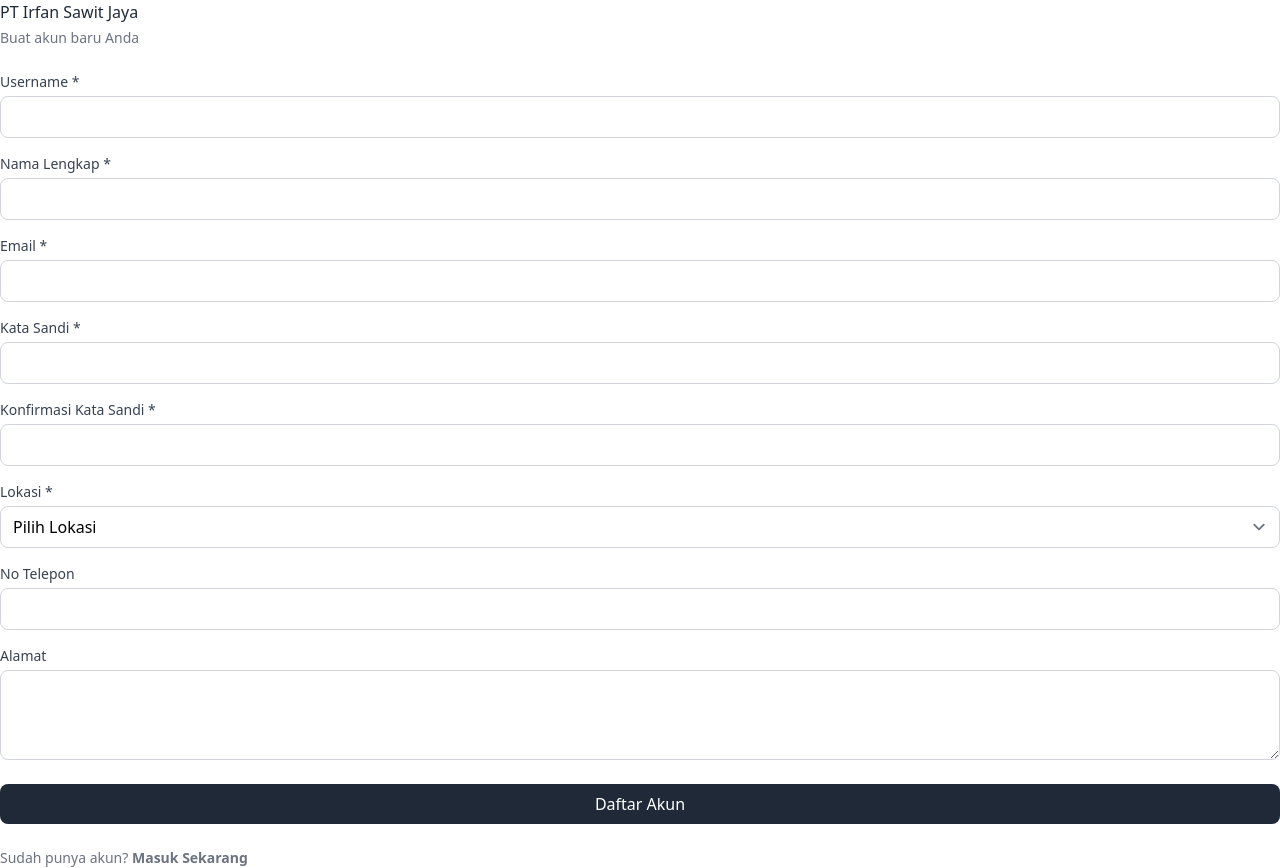
Repository: PalmtrackTeam/palmtrack
Page: http://localhost/register
The author's editor kept a copy of each file at every save. The page is drawn from the files as they stood at one save, then again after the next save.
The browser window is 1280 px wide. The pictures show the whole page.
The page is served by the project's Laravel application, run on PHP 8.4 with Laravel 12. Other server files are loaded and not shown. The database holds what the project's SQL file puts in it.

Above is the page before, as saved 2025-11-25 18:04:36.

### routes/web.php
<?php

use App\Http\Controllers\Auth\AuthenticatedSessionController;
use App\Http\Controllers\Auth\RegisterController;
use App\Http\Controllers\DashboardController;
use App\Http\Controllers\Owner\DashboardController as OwnerDashboardController;
use App\Http\Controllers\Admin\DashboardController as AdminDashboardController;
use App\Http\Controllers\Karyawan\DashboardController as KaryawanDashboardController;
use App\Http\Controllers\Karyawan\InputPanenController;
use App\Http\Controllers\Karyawan\AbsensiController;
use Illuminate\Support\Facades\Route;

// ==================== PUBLIC ROUTES ====================
Route::get('/', function () {
    return view('home');
})->name('home');

Route::get('/home', function () {
    return view('home');
})->name('home.page');

// ==================== AUTH ROUTES ====================
Route::get('/register', [RegisterController::class, 'showRegistrationForm'])->name('register');
Route::post('/register', [RegisterController::class, 'register']);

Route::get('login', [AuthenticatedSessionController::class, 'create'])->name('login');
Route::post('login', [AuthenticatedSessionController::class, 'store']);
Route::post('logout', [AuthenticatedSessionController::class, 'destroy'])->name('logout');

// ==================== PROTECTED ROUTES ====================
Route::middleware(['auth'])->group(function () {

    // Main Dashboard (redirect berdasarkan role)
    Route::get('/dashboard', [DashboardController::class, 'index'])->name('dashboard');

    // ===== OWNER ROUTES =====
    Route::middleware(['owner'])->prefix('owner')->name('owner.')->group(function () {
        // Dashboard
        Route::get('/dashboard', [OwnerDashboardController::class, 'index'])->name('dashboard');
        Route::get('/dashboard/stats', [OwnerDashboardController::class, 'getDashboardStats'])->name('dashboard.stats');

        // Laporan Keuangan
        Route::get('/laporan-keuangan', [OwnerDashboardController::class, 'laporanKeuangan'])->name('laporan-keuangan');

        // Manajemen User
        Route::get('/manajemen-user', [OwnerDashboardController::class, 'manajemenUser'])->name('manajemen-user');
        Route::post('/users', [OwnerDashboardController::class, 'storeUser'])->name('users.store');
        Route::get('/users/{id}', [OwnerDashboardController::class, 'getUser'])->name('users.show');
        Route::put('/users/{id}', [OwnerDashboardController::class, 'updateUser'])->name('users.update');
        Route::post('/users/{id}/status', [OwnerDashboardController::class, 'updateUserStatus'])->name('users.update-status');
        Route::post('/users/{id}/reset-password', [OwnerDashboardController::class, 'resetPassword'])->name('users.reset-password');
        Route::get('/users/export', [OwnerDashboardController::class, 'exportUsers'])->name('users.export');

        // Rekap Produktivitas
        Route::get('/rekap-produktivitas', [OwnerDashboardController::class, 'rekapProduktivitas'])->name('rekap-produktivitas');

        // Laporan Masalah
        Route::get('/laporan-masalah', [OwnerDashboardController::class, 'laporanMasalah'])->name('laporan-masalah');
        Route::post('/laporan-masalah/{id}/solve', [OwnerDashboardController::class, 'markProblemAsSolved'])->name('laporan-masalah.solve');
    });

     Route::get('/verifikasi-pemasukan', [OwnerDashboardController::class, 'verifikasiPemasukan'])->name('verifikasi-pemasukan');
    Route::post('/pemasukan/{id}/verify', [OwnerDashboardController::class, 'verifyPemasukan'])->name('pemasukan.verify');
    Route::get('/laporan-pemasukan', [OwnerDashboardController::class, 'laporanPemasukan'])->name('laporan-pemasukan');

    // Verifikasi Pengeluaran (existing)
    Route::get('/verifikasi-pengeluaran', [OwnerDashboardController::class, 'verifikasiPengeluaran'])->name('verifikasi-pengeluaran');
    Route::post('/pengeluaran/{id}/verify', [OwnerDashboardController::class, 'verifyPengeluaran'])->name('pengeluaran.verify');
    Route::get('/laporan-pengeluaran', [OwnerDashboardController::class, 'laporanPengeluaran'])->name('laporan-pengeluaran');

    // Verifikasi Laporan Masalah
    Route::get('/verifikasi-laporan-masalah', [OwnerDashboardController::class, 'verifikasiLaporanMasalah'])->name('verifikasi-laporan-masalah');
    Route::post('/laporan-masalah/{id}/verify', [OwnerDashboardController::class, 'verifyLaporanMasalah'])->name('laporan-masalah.verify');



    // ===== ADMIN ROUTES =====
    Route::middleware(['admin'])->prefix('admin')->name('admin.')->group(function () {
        // Dashboard
        Route::get('/dashboard', [AdminDashboardController::class, 'index'])->name('dashboard');
        Route::get('/dashboard-stats', [AdminDashboardController::class, 'getDashboardStats'])->name('dashboard-stats');

        // Verifikasi Panen
        Route::get('/verifikasi-panen', [AdminDashboardController::class, 'verifikasiPanen'])->name('verifikasi-panen');
        Route::post('/verifikasi-panen/{id}', [AdminDashboardController::class, 'prosesVerifikasiPanen'])->name('proses-verifikasi-panen');

        // Kelola Absensi
        Route::get('/kelola-absensi', [AdminDashboardController::class, 'kelolaAbsensi'])->name('kelola-absensi');
        Route::post('/input-absensi', [AdminDashboardController::class, 'inputAbsensi'])->name('input-absensi');

        // Laporan Masalah
        Route::get('/laporan-masalah', [AdminDashboardController::class, 'laporanMasalah'])->name('laporan-masalah');
        Route::post('/laporan-masalah/{id}/teruskan-owner', [AdminDashboardController::class, 'teruskanKeOwner'])->name('teruskan-owner');
        Route::post('/laporan-masalah/{id}/tangani', [AdminDashboardController::class, 'tanganiMasalah'])->name('tangani-masalah');

        // Rekap Produktivitas
        Route::get('/rekap-produktivitas', [AdminDashboardController::class, 'rekapProduktivitas'])->name('rekap-produktivitas');

          // Input Pemasukan
    Route::get('/input-pemasukan', [AdminDashboardController::class, 'inputPemasukan'])->name('input-pemasukan');
    Route::post('/pemasukan', [AdminDashboardController::class, 'storePemasukan'])->name('pemasukan.store');
    Route::get('/riwayat-pemasukan', [AdminDashboardController::class, 'riwayatPemasukan'])->name('riwayat-pemasukan');

    // Input Pengeluaran (existing)
    Route::get('/input-pengeluaran', [AdminDashboardController::class, 'inputPengeluaran'])->name('input-pengeluaran');
    Route::post('/pengeluaran/pupuk', [AdminDashboardController::class, 'storePupuk'])->name('pengeluaran.pupuk');
    Route::post('/pengeluaran/transportasi', [AdminDashboardController::class, 'storeTransportasi'])->name('pengeluaran.transportasi');
    Route::post('/pengeluaran/perawatan', [AdminDashboardController::class, 'storePerawatan'])->name('pengeluaran.perawatan');
    Route::post('/pengeluaran/lainnya', [AdminDashboardController::class, 'storeLainnya'])->name('pengeluaran.lainnya');
    Route::get('/riwayat-pengeluaran', [AdminDashboardController::class, 'riwayatPengeluaran'])->name('riwayat-pengeluaran');

    // Laporan Masalah
    Route::get('/input-laporan-masalah', [AdminDashboardController::class, 'inputLaporanMasalah'])->name('input-laporan-masalah');
    Route::post('/laporan-masalah', [AdminDashboardController::class, 'storeLaporanMasalah'])->name('laporan-masalah.store');
    Route::get('/riwayat-laporan-masalah', [AdminDashboardController::class, 'riwayatLaporanMasalah'])->name('riwayat-laporan-masalah');

    // Input Pengeluaran
    Route::get('/input-pengeluaran', [AdminDashboardController::class, 'inputPengeluaran'])->name('input-pengeluaran');
    Route::post('/pengeluaran/pupuk', [AdminDashboardController::class, 'storePupuk'])->name('pengeluaran.pupuk');
    Route::post('/pengeluaran/transportasi', [AdminDashboardController::class, 'storeTransportasi'])->name('pengeluaran.transportasi');
    Route::post('/pengeluaran/perawatan', [AdminDashboardController::class, 'storePerawatan'])->name('pengeluaran.perawatan');
    Route::post('/pengeluaran/lainnya', [AdminDashboardController::class, 'storeLainnya'])->name('pengeluaran.lainnya');
    Route::get('/riwayat-pengeluaran', [AdminDashboardController::class, 'riwayatPengeluaran'])->name('riwayat-pengeluaran');

    // Input Pemasukan
    Route::get('/input-pemasukan', [AdminDashboardController::class, 'inputPemasukan'])->name('input-pemasukan');
    Route::post('/pemasukan', [AdminDashboardController::class, 'storePemasukan'])->name('pemasukan.store');
    Route::get('/riwayat-pemasukan', [AdminDashboardController::class, 'riwayatPemasukan'])->name('riwayat-pemasukan');

    // Laporan Masalah
    Route::get('/input-laporan-masalah', [AdminDashboardController::class, 'inputLaporanMasalah'])->name('input-laporan-masalah');
    Route::post('/laporan-masalah', [AdminDashboardController::class, 'storeLaporanMasalah'])->name('laporan-masalah.store');
    Route::get('/riwayat-laporan-masalah', [AdminDashboardController::class, 'riwayatLaporanMasalah'])->name('riwayat-laporan-masalah');
});


    });

    // ===== KARYAWAN ROUTES =====
    Route::middleware(['karyawan'])->prefix('karyawan')->name('karyawan.')->group(function () {
        // Dashboard Karyawan
        Route::get('/dashboard', [KaryawanDashboardController::class, 'index'])->name('dashboard');

        // ========== INPUT PANEN ==========
        Route::get('/input-panen', [InputPanenController::class, 'create'])->name('input-panen');
        Route::post('/input-panen', [InputPanenController::class, 'store'])->name('store-panen');
        Route::get('/riwayat-panen', [InputPanenController::class, 'riwayat'])->name('riwayat-panen');

        // ========== ABSENSI ==========
        Route::get('/absensi', [KaryawanDashboardController::class, 'absensi'])->name('absensi');
        Route::post('/absensi', [AbsensiController::class, 'store'])->name('store-absensi');
        Route::get('/riwayat-absensi', [AbsensiController::class, 'riwayat'])->name('riwayat-absensi');

        // Profil Karyawan
        Route::get('/profile', function () {
            return view('karyawan.profile');
        })->name('profile');

         // Input Pemasukan
    Route::get('/input-pemasukan', [KaryawanDashboardController::class, 'inputPemasukan'])->name('input-pemasukan');
    Route::post('/pemasukan', [KaryawanDashboardController::class, 'storePemasukan'])->name('pemasukan.store');
    Route::get('/riwayat-pemasukan', [KaryawanDashboardController::class, 'riwayatPemasukan'])->name('riwayat-pemasukan');

    // Laporan Masalah
    Route::get('/input-laporan-masalah', [KaryawanDashboardController::class, 'inputLaporanMasalah'])->name('input-laporan-masalah');
    Route::post('/laporan-masalah', [KaryawanDashboardController::class, 'storeLaporanMasalah'])->name('laporan-masalah.store');
    Route::get('/riwayat-laporan-masalah', [KaryawanDashboardController::class, 'riwayatLaporanMasalah'])->name('riwayat-laporan-masalah');

    });


require __DIR__.'/auth.php';

### resources/views/auth/register.blade.php
<!DOCTYPE html>
<html lang="id">
<head>
    <meta charset="UTF-8">
    <meta name="viewport" content="width=device-width, initial-scale=1.0">
    <title>Daftar Akun | PT Irfan Sawit Jaya</title>
    @vite('resources/css/app.css')
</head>

<body class="min-h-screen flex items-center justify-center bg-gradient-to-b from-gray-100 to-gray-300 dark:from-gray-900 dark:to-gray-800">

<div class="bg-white dark:bg-gray-900 shadow-2xl rounded-2xl px-10 py-8 w-full max-w-2xl">

    <div class="text-center mb-6">
        <h1 class="text-2xl font-bold text-gray-800 dark:text-white tracking-wide">
            PT Irfan Sawit Jaya
        </h1>
        <p class="text-sm text-gray-500 dark:text-gray-400 mt-1">Buat akun baru Anda</p>
    </div>

    @if (session('success'))
        <div class="mb-4 p-3 bg-green-100 border border-green-400 text-green-700 rounded-lg text-sm">
            {{ session('success') }}
        </div>
    @endif

    @if ($errors->any())
        <div class="mb-4 p-3 bg-red-100 border border-red-400 text-red-700 rounded-lg text-sm">
            <ul class="list-disc list-inside">
                @foreach ($errors->all() as $error)
                    <li>{{ $error }}</li>
                @endforeach
            </ul>
        </div>
    @endif

    <form method="POST" action="{{ route('register') }}">
        @csrf

        <div class="grid grid-cols-1 md:grid-cols-2 gap-4">

            <!-- Username -->
            <div class="mb-4">
                <label class="block text-sm font-medium text-gray-700 dark:text-gray-300">Username *</label>
                <input name="username" type="text" value="{{ old('username') }}" required
                       class="mt-1 block w-full rounded-lg border-gray-300 dark:border-gray-700 dark:bg-gray-800
                       dark:text-white px-3 py-2">
            </div>

            <!-- Nama Lengkap -->
            <div class="mb-4">
                <label class="block text-sm font-medium text-gray-700 dark:text-gray-300">Nama Lengkap *</label>
                <input name="nama_lengkap" type="text" value="{{ old('nama_lengkap') }}" required
                       class="mt-1 block w-full rounded-lg border-gray-300 dark:border-gray-700 dark:bg-gray-800
                       dark:text-white px-3 py-2">
            </div>

            <!-- Email -->
            <div class="mb-4">
                <label class="block text-sm font-medium text-gray-700 dark:text-gray-300">Email *</label>
                <input name="email" type="email" value="{{ old('email') }}" required
                       class="mt-1 block w-full rounded-lg border-gray-300 dark:border-gray-700 dark:bg-gray-800
                       dark:text-white px-3 py-2">
            </div>

            <!-- Password -->
            <div class="mb-4">
                <label class="block text-sm font-medium text-gray-700 dark:text-gray-300">Kata Sandi *</label>
                <input name="password" type="password" required
                       class="mt-1 block w-full rounded-lg border-gray-300 dark:border-gray-700 dark:bg-gray-800
                       dark:text-white px-3 py-2">
            </div>

            <!-- Konfirmasi Password -->
            <div class="mb-4">
                <label class="block text-sm font-medium text-gray-700 dark:text-gray-300">Konfirmasi Kata Sandi *</label>
                <input name="password_confirmation" type="password" required
                       class="mt-1 block w-full rounded-lg border-gray-300 dark:border-gray-700 dark:bg-gray-800
                       dark:text-white px-3 py-2">
            </div>

            <!-- PILIH BLOK -->
            <div class="mb-4">
    <label class="block text-sm font-medium text-gray-700 dark:text-gray-300">Lokasi *</label>
    <select name="kategori" required
        class="mt-1 block w-full rounded-lg border-gray-300 dark:border-gray-700 dark:bg-gray-800 dark:text-white px-3 py-2">
    <option value="">Pilih Lokasi</option>
    @foreach ($kategori as $k)
        <option value="{{ $k->kategori }}">{{ ucfirst($k->kategori) }}</option>
    @endforeach
</select>

</div>


            <!-- No Telepon -->
            <div class="mb-4">
                <label class="block text-sm font-medium text-gray-700 dark:text-gray-300">No Telepon</label>
                <input name="no_telepon" type="text" value="{{ old('no_telepon') }}"
                       class="mt-1 block w-full rounded-lg border-gray-300 dark:border-gray-700 dark:bg-gray-800
                       dark:text-white px-3 py-2">
            </div>

        </div>

        <!-- Alamat -->
        <div class="mb-6">
            <label class="block text-sm font-medium text-gray-700 dark:text-gray-300">Alamat</label>
            <textarea name="alamat" rows="3"
                      class="mt-1 block w-full rounded-lg border-gray-300 dark:border-gray-700 dark:bg-gray-800 dark:text-white px-3 py-2">{{ old('alamat') }}</textarea>
        </div>

        <button type="submit"
                class="w-full bg-gray-800 hover:bg-black text-white py-2 rounded-lg font-medium">
            Daftar Akun
        </button>

        <p class="text-center text-sm text-gray-500 dark:text-gray-400 mt-6">
            Sudah punya akun?
            <a href="{{ route('login') }}" class="font-semibold hover:underline">Masuk Sekarang</a>
        </p>

    </form>
</div>

</body>
</html>

### tubes.sql (the tables this page reads)
CREATE TABLE `blok_ladang` (
  `id_blok` bigint(20) unsigned NOT NULL AUTO_INCREMENT,
  `nama_blok` varchar(50) NOT NULL,
  `kategori` enum('dekat','jauh') NOT NULL,
  `harga_upah_per_kg` decimal(10,2) NOT NULL,
  `created_at` timestamp NULL DEFAULT NULL,
  `updated_at` timestamp NULL DEFAULT NULL,
  PRIMARY KEY (`id_blok`)
) ENGINE=InnoDB AUTO_INCREMENT=5 DEFAULT CHARSET=utf8mb4 COLLATE=utf8mb4_unicode_ci;

INSERT INTO `blok_ladang` VALUES (1,'A','dekat',200.00,'2025-11-25 10:32:15','2025-11-25 10:32:15'),(2,'B','dekat',200.00,'2025-11-25 10:32:15','2025-11-25 10:32:15'),(3,'C','jauh',220.00,'2025-11-25 10:32:15','2025-11-25 10:32:15'),(4,'D','jauh',220.00,'2025-11-25 10:32:15','2025-11-25 10:32:15');

Loaded but not shown: routes/auth.php (common file); app/Http/Controllers/Auth/EmailVerificationPromptController.php (common file); app/Http/Controllers/Controller.php (common file); app/Http/Controllers/Auth/VerifyEmailController.php (common file); app/Http/Controllers/Auth/RegisterController.php (76 lines, source omitted); app/Models/BlokLadang.php (83 lines, source omitted)

After the next save:
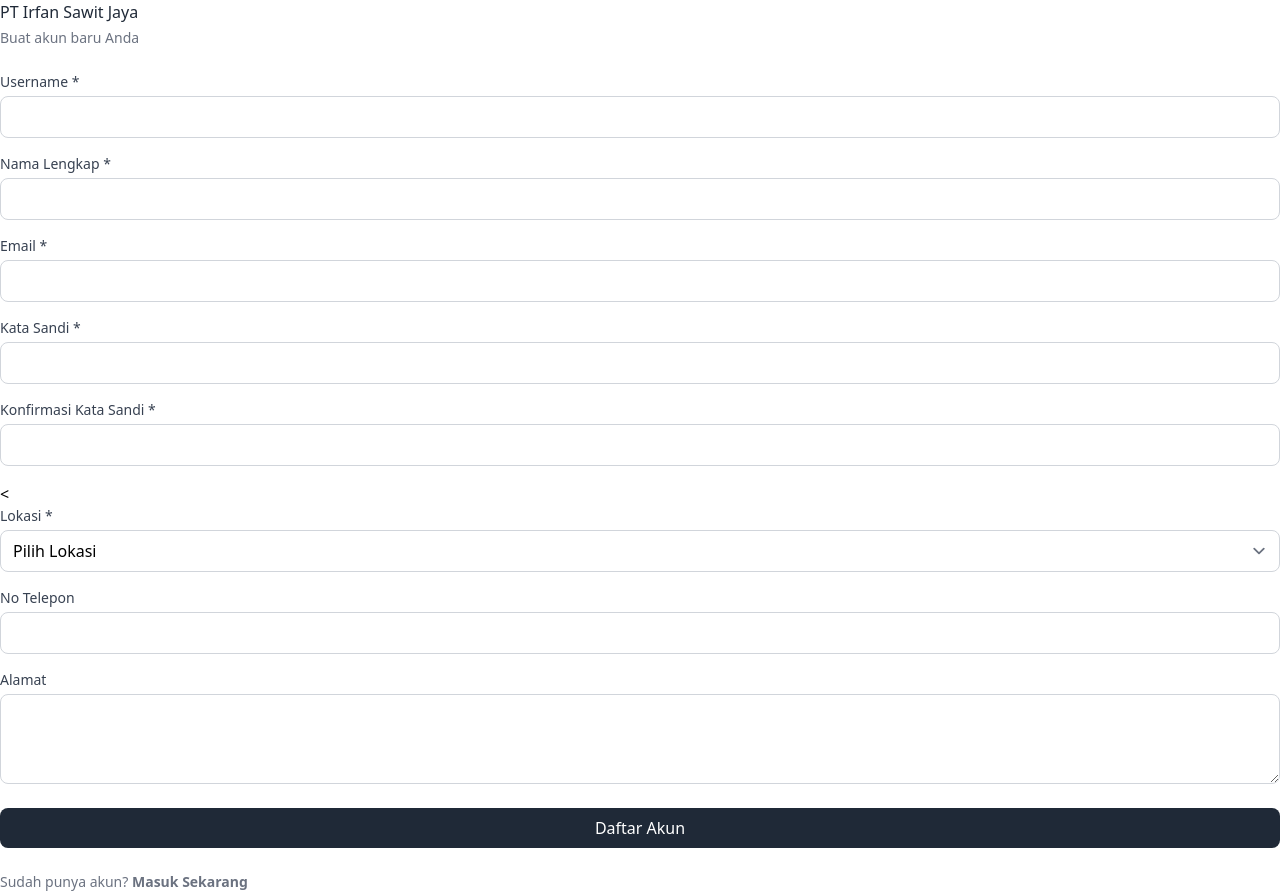
Saved 18 s later.
--- a/resources/views/auth/register.blade.php
+++ b/resources/views/auth/register.blade.php
@@ -80,17 +80,17 @@
             </div>
 
             <!-- PILIH BLOK -->
-            <div class="mb-4">
+            <<div class="mb-4">
     <label class="block text-sm font-medium text-gray-700 dark:text-gray-300">Lokasi *</label>
     <select name="kategori" required
-        class="mt-1 block w-full rounded-lg border-gray-300 dark:border-gray-700 dark:bg-gray-800 dark:text-white px-3 py-2">
-    <option value="">Pilih Lokasi</option>
-    @foreach ($kategori as $k)
-        <option value="{{ $k->kategori }}">{{ ucfirst($k->kategori) }}</option>
-    @endforeach
-</select>
+            class="mt-1 block w-full rounded-lg border-gray-300 dark:border-gray-700 dark:bg-gray-800 dark:text-white px-3 py-2">
+        <option value="">Pilih Lokasi</option>
+        @foreach ($kategori as $k)
+            <option value="{{ $k->kategori }}">{{ ucfirst($k->kategori) }}</option>
+        @endforeach
+    </select>
+</div>
 
-</div>
 
 
             <!-- No Telepon -->

After the save that followed:
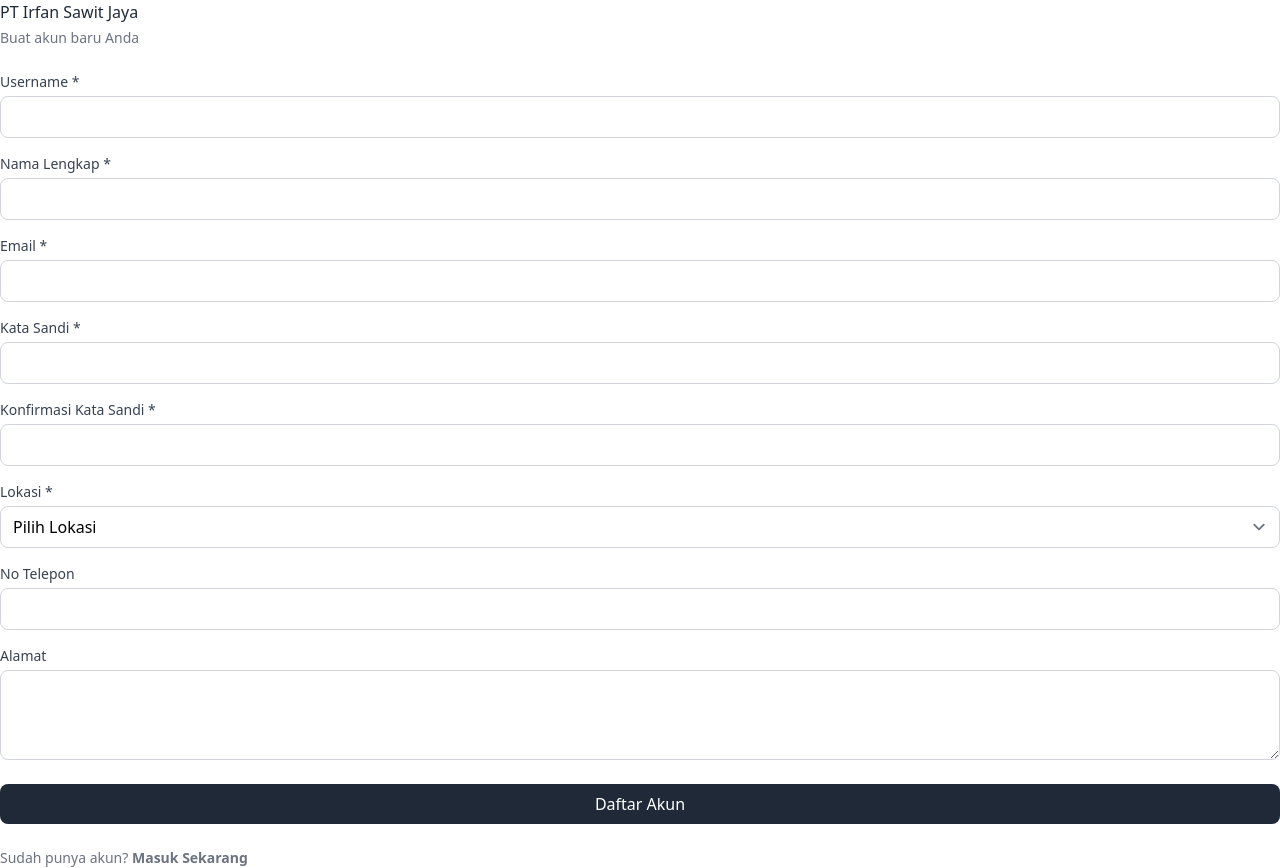
Saved 34 s later.
--- a/resources/views/auth/register.blade.php
+++ b/resources/views/auth/register.blade.php
@@ -80,7 +80,7 @@
             </div>
 
             <!-- PILIH BLOK -->
-            <<div class="mb-4">
+            <div class="mb-4">
     <label class="block text-sm font-medium text-gray-700 dark:text-gray-300">Lokasi *</label>
     <select name="kategori" required
             class="mt-1 block w-full rounded-lg border-gray-300 dark:border-gray-700 dark:bg-gray-800 dark:text-white px-3 py-2">
